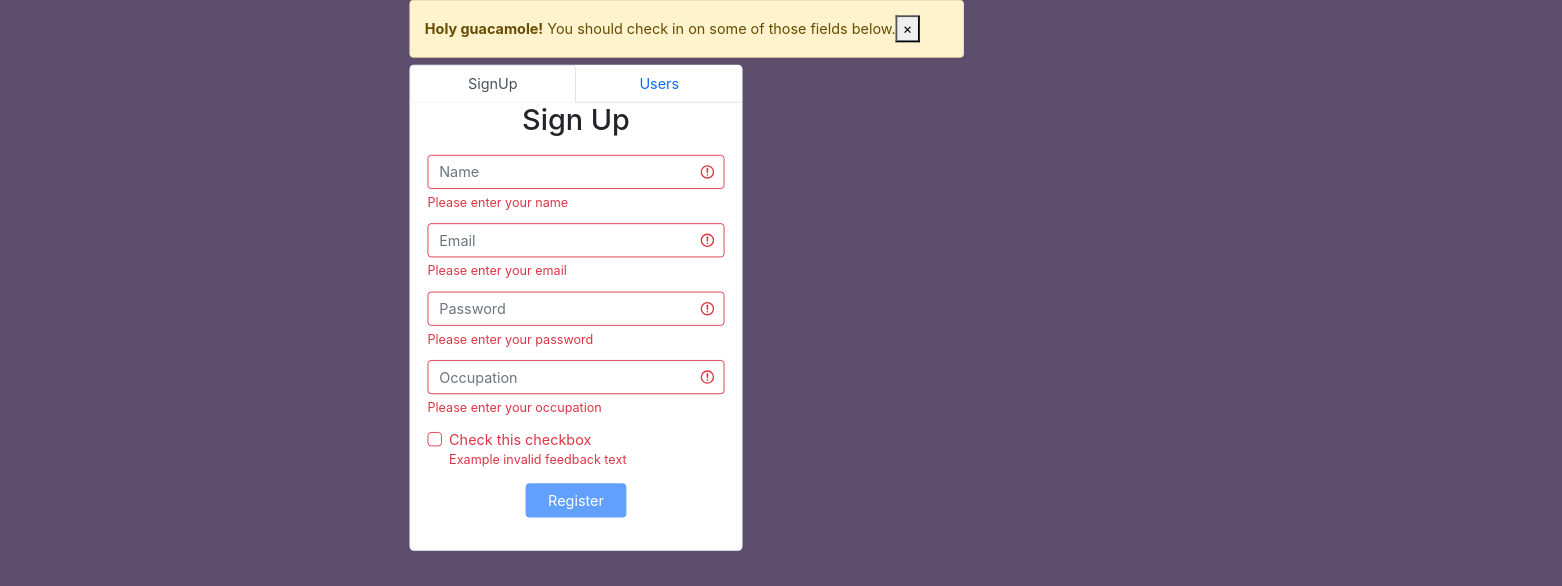
Repository: asadalibest1/SignUp-from
Page: /
These files come from the project's save history. The page is drawn as it stood at one moment and after the next save; the edit follows.
The browser window is 1280 px wide. The page is 1280 px wide, then 1735 px, so the pictures cover 1735 px, including what lies to the right of the window. The pictures show the whole page, at 90% of full size.
The project was rebuilt for these pictures with package versions that can differ from the ones it lists, and the page was loaded fresh each time.

Above is the page before, as saved 2021-02-09 16:31:27.

After the next save:
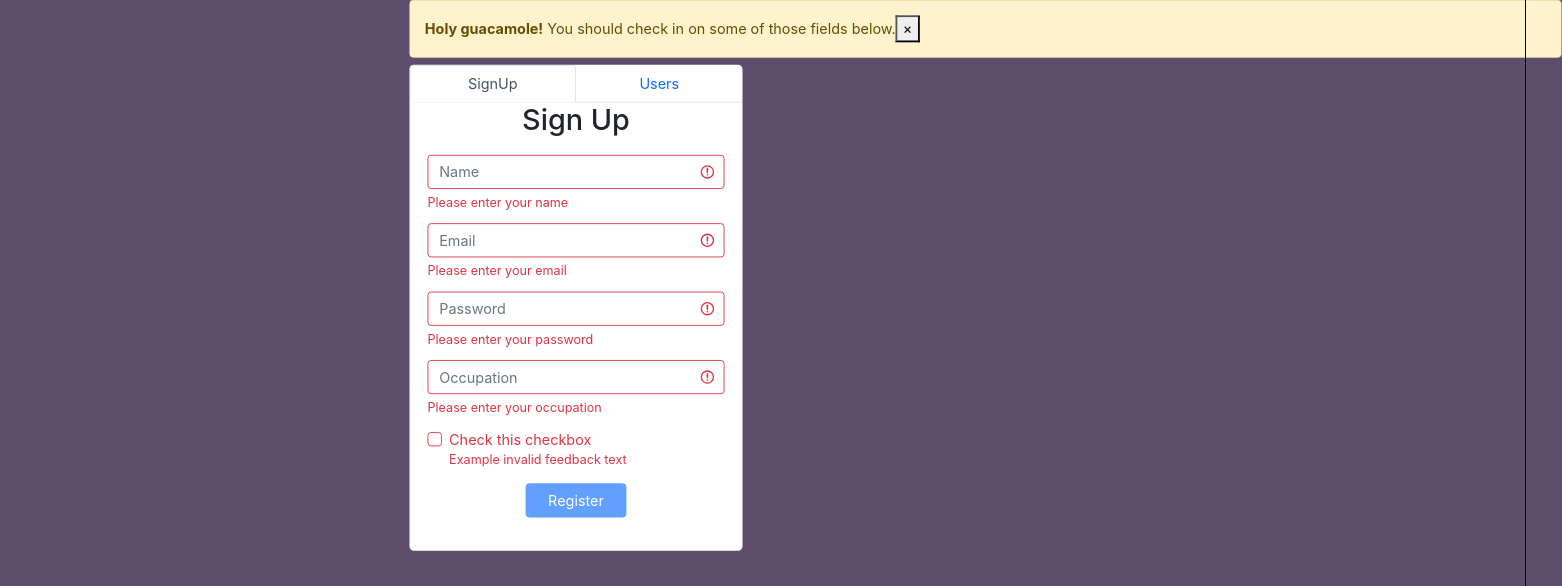
Saved 25 s later.
--- a/src/components/SignUp/SignUp.js
+++ b/src/components/SignUp/SignUp.js
@@ -72,7 +72,7 @@ export default function SignUp() {
     <div className="SignUp">
 
 
-<div class="alertea alert alert-warning alert-dismissible fade show" role="alert" style={{position: "absolute", top: "0"}}>
+<div class="alertea alert alert-warning alert-dismissible fade show" role="alert" style={{position: "absolute", top: "0", width: "100%"}}>
                 <strong>Holy guacamole!</strong> You should check in on some of those fields below.
                         <button type="button" class="close" data-dismiss="alert" aria-label="Close">
                     <span aria-hidden="true">&times;</span>
